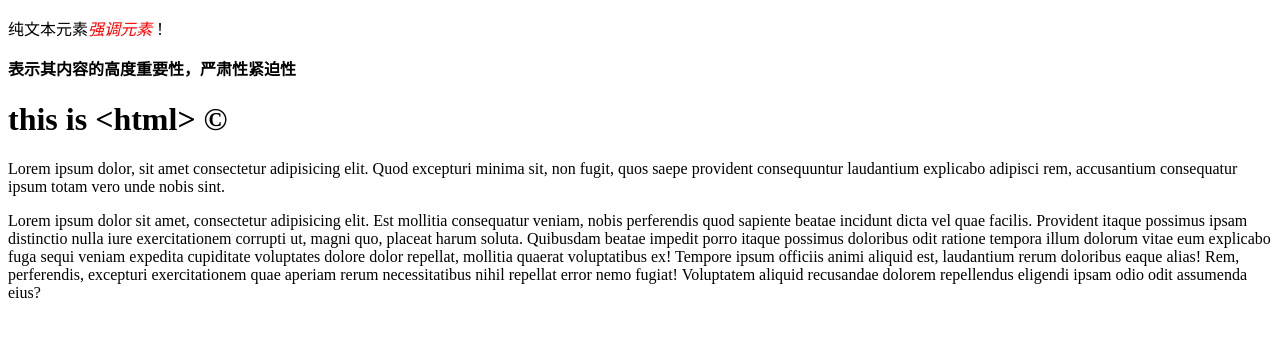
Repository: zyq1120/vscode
Page: HTML/index_01.html
The author's editor kept a copy of each file at every save. The page is drawn from the files as they stood at one save, then again after the next save.
The browser window is 1280 px wide. The pictures show the whole page.

Above is the page before, as saved 2024-09-25 22:09:57.

### HTML/index_01.html
<!DOCTYPE html>
<html lang="en">
<head>
    <meta charset="UTF-8">
    <meta name="viewport" content="width=device-width, initial-scale=1.0">
    <meta name="description" content="......">
    <meta name="keywords" content="html">
    <title>Document</title>
    <style>
        em{
            color: red;
        }
    </style>
</head>
<body>



    <p>纯文本元素<em>强调元素</em>！</p>
    <p><strong>表示其内容的高度重要性，严肃性紧迫性</strong></p>
    <h1>this is &lt;html&gt;  &copy;</h1>
    <p>Lorem ipsum dolor, sit amet consectetur adipisicing elit. Quod excepturi minima sit, non fugit, quos saepe provident consequuntur laudantium explicabo adipisci rem, accusantium consequatur ipsum totam vero unde nobis sint.</p>
<p>Lorem ipsum dolor sit amet, consectetur adipisicing elit. Est mollitia consequatur veniam, nobis perferendis quod sapiente beatae incidunt dicta vel quae facilis. Provident itaque possimus ipsam distinctio nulla iure exercitationem corrupti ut, magni quo, placeat harum soluta. Quibusdam beatae impedit porro itaque possimus doloribus odit ratione tempora illum dolorum vitae eum explicabo fuga sequi veniam expedita cupiditate voluptates dolore dolor repellat, mollitia quaerat voluptatibus ex! Tempore ipsum officiis animi aliquid est, laudantium rerum doloribus eaque alias! Rem, perferendis, excepturi exercitationem quae aperiam rerum necessitatibus nihil repellat error nemo fugiat! Voluptatem aliquid recusandae dolorem repellendus eligendi ipsam odio odit assumenda eius?</p>

</body>
</html>

After the next save:
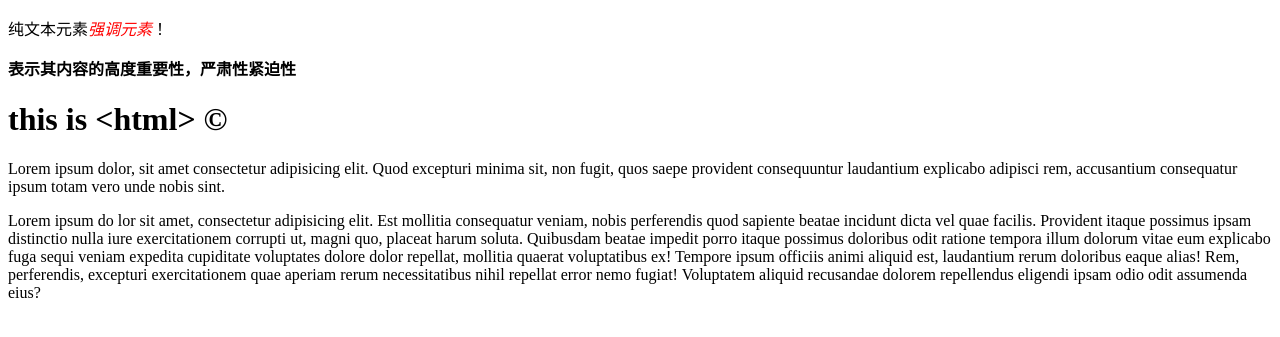
Saved 71 s later.
--- a/HTML/index_01.html
+++ b/HTML/index_01.html
@@ -20,7 +20,7 @@
     <p><strong>表示其内容的高度重要性，严肃性紧迫性</strong></p>
     <h1>this is &lt;html&gt;  &copy;</h1>
     <p>Lorem ipsum dolor, sit amet consectetur adipisicing elit. Quod excepturi minima sit, non fugit, quos saepe provident consequuntur laudantium explicabo adipisci rem, accusantium consequatur ipsum totam vero unde nobis sint.</p>
-<p>Lorem ipsum dolor sit amet, consectetur adipisicing elit. Est mollitia consequatur veniam, nobis perferendis quod sapiente beatae incidunt dicta vel quae facilis. Provident itaque possimus ipsam distinctio nulla iure exercitationem corrupti ut, magni quo, placeat harum soluta. Quibusdam beatae impedit porro itaque possimus doloribus odit ratione tempora illum dolorum vitae eum explicabo fuga sequi veniam expedita cupiditate voluptates dolore dolor repellat, mollitia quaerat voluptatibus ex! Tempore ipsum officiis animi aliquid est, laudantium rerum doloribus eaque alias! Rem, perferendis, excepturi exercitationem quae aperiam rerum necessitatibus nihil repellat error nemo fugiat! Voluptatem aliquid recusandae dolorem repellendus eligendi ipsam odio odit assumenda eius?</p>
+<p>Lorem ipsum do&nbsp;lor sit amet, consectetur adipisicing elit. Est mollitia consequatur veniam, nobis perferendis quod sapiente beatae incidunt dicta vel quae facilis. Provident itaque possimus ipsam distinctio nulla iure exercitationem corrupti ut, magni quo, placeat harum soluta. Quibusdam beatae impedit porro itaque possimus doloribus odit ratione tempora illum dolorum vitae eum explicabo fuga sequi veniam expedita cupiditate voluptates dolore dolor repellat, mollitia quaerat voluptatibus ex! Tempore ipsum officiis animi aliquid est, laudantium rerum doloribus eaque alias! Rem, perferendis, excepturi exercitationem quae aperiam rerum necessitatibus nihil repellat error nemo fugiat! Voluptatem aliquid recusandae dolorem repellendus eligendi ipsam odio odit assumenda eius?</p>
 
 </body>
 </html>
